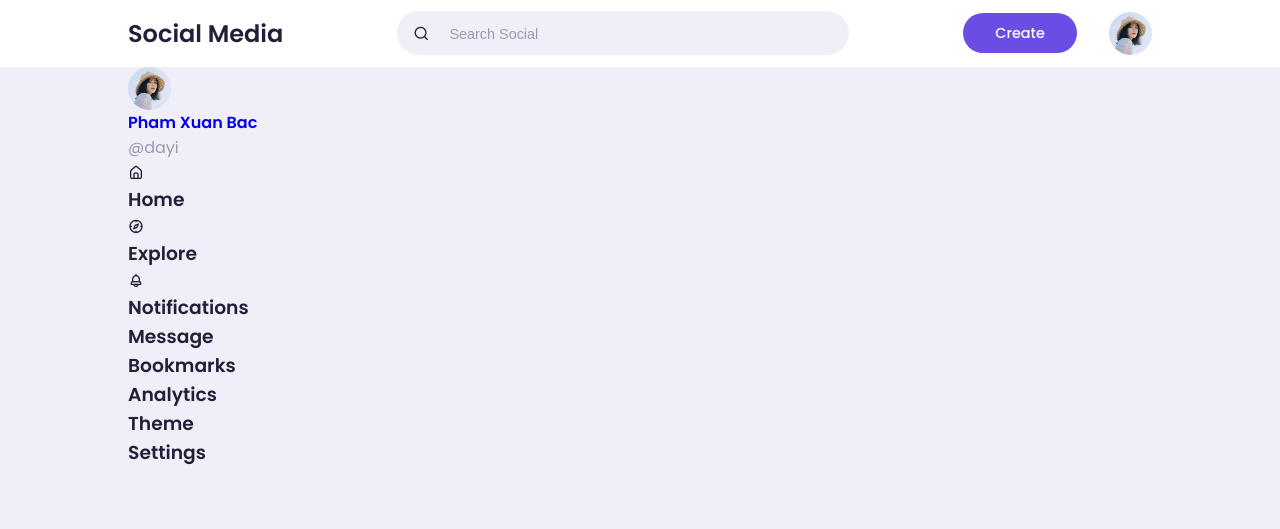
Repository: northpx/socialMedia
Page: index.html
The author's editor kept a copy of each file at every save. The page is drawn from the files as they stood at one save, then again after the next save.
The browser window is 1280 px wide. The pictures show the whole page.

Above is the page before, as saved 2023-03-07 16:58:22.

After the next save:
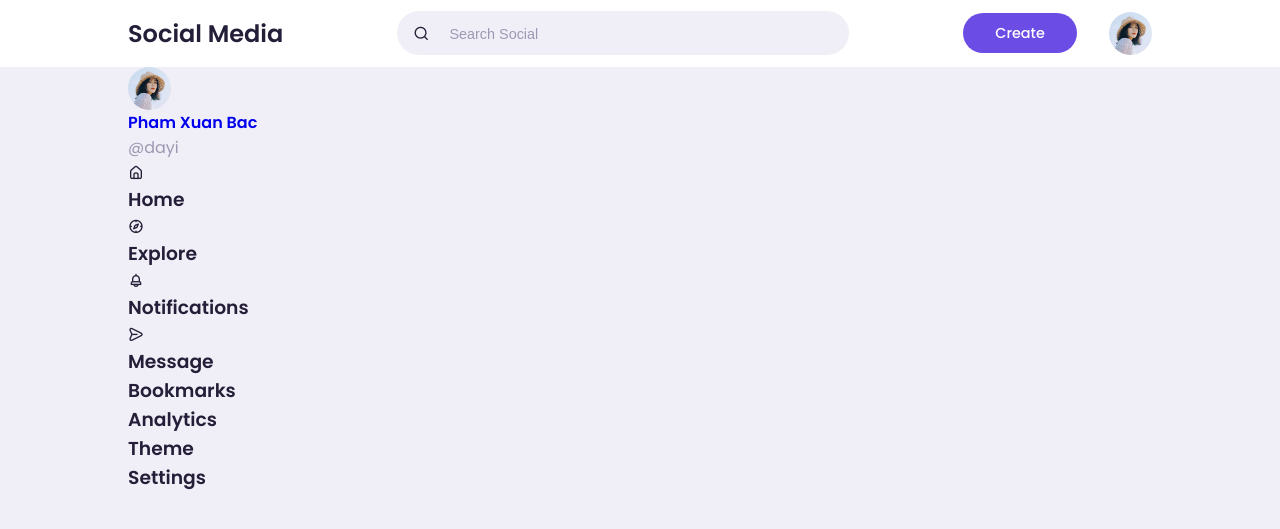
Saved 14 s later.
--- a/index.html
+++ b/index.html
@@ -48,7 +48,7 @@
                         <span><i class="uil uil-estate"></i></span><h3>Home</h3>
                         <span><i class="uil uil-compass"></i></span><h3>Explore</h3>
                         <span><i class="uil uil-bell"></i></span><h3>Notifications</h3>
-                        <span></span><h3>Message</h3>
+                        <span><i class="uil uil-message"></i></span><h3>Message</h3>
                         <span></span><h3>Bookmarks</h3>
                         <span></span><h3>Analytics</h3>
                         <span></span><h3>Theme</h3>
